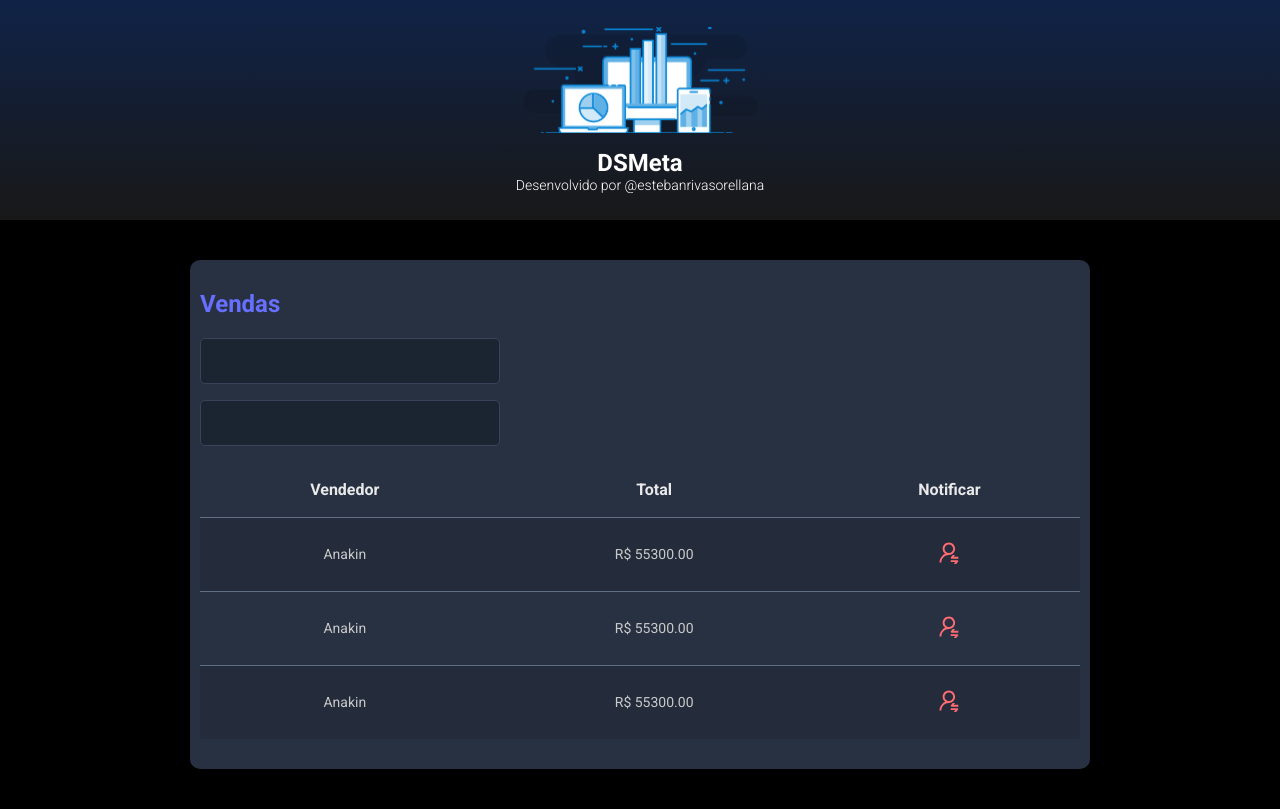
Repository: estebanrivas/dsmeta-css
Page: index.html
An editor plug-in stored every save of this project. The page is shown before and after the next save, followed by the edit.
The browser window is 1280 px wide. The pictures show the whole page.
The pointer rests on the first visible `.dsmeta-sales-table tbody tr`.

Above is the page before, as saved 2022-09-08 22:09:58.

After the next save:
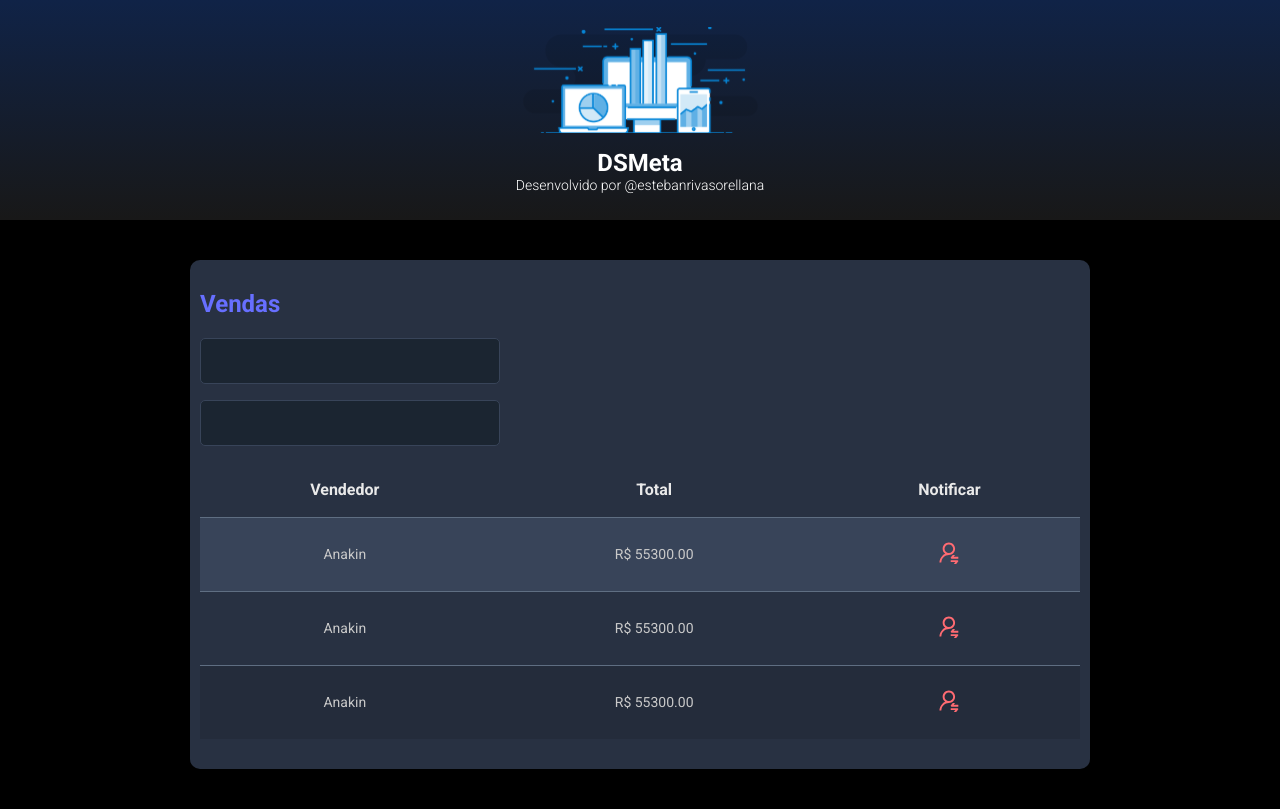
Saved 6 s later.
--- a/css/styles.css
+++ b/css/styles.css
@@ -115,7 +115,7 @@ header {
 }
 
 .dsmeta-sales-table tbody tr:hover > td{
-    background-color: ;
+    background-color: #384459;
 }
 
 .dsmeta-sales-table tbody tr:nth-child(odd){
